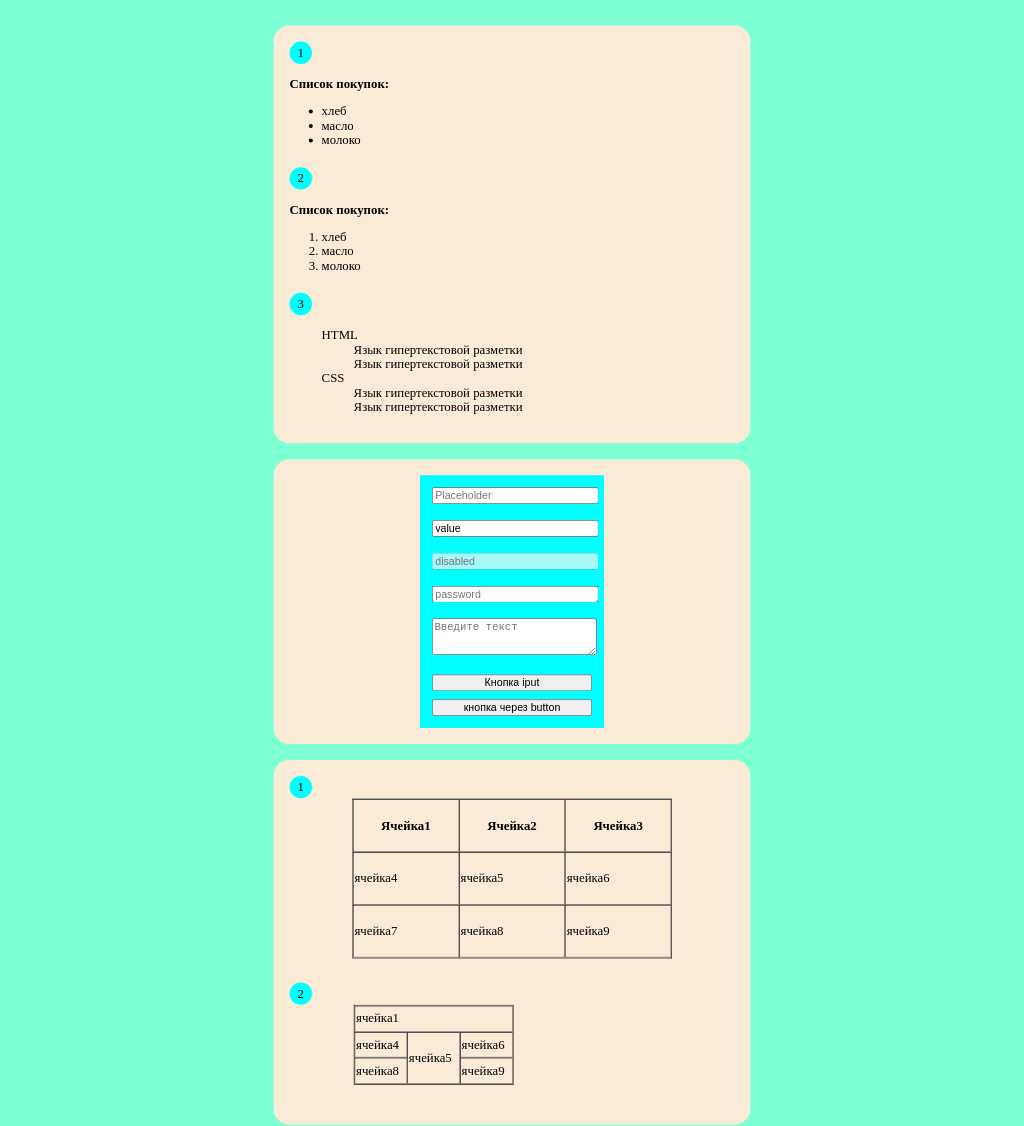
Repository: Savich01/-
Page: html/index.html
These files come from the project's save history. The page is drawn as it stood at one moment and after the next save; the edit follows.
The browser window is 1280 px wide. The pictures show the whole page, at 80% of full size.

Above is the page before, as saved 2024-05-31 16:57:19.

### html/index.html
<!DOCTYPE html>
<html lang="en">
<head>
    <meta charset="UTF-8">
    <meta name="viewport" content="width=device-width, initial-scale=1.0">
    <title>Document</title>
    <link rel="stylesheet" href="/css/style.css">
</head>
<body>

    <header class="header">

    </header>
    <main class="main">
        <div class="container">
            <section class="section-1">
                <div class="block">1</div>
                <p class="text">
                    <b>Список покупок:</b>
                </p>
                <ul class="list">
                    <li>хлеб</li>
                    <li>масло</li>
                    <li>молоко</li>
                </ul>

                <div class="block">2</div>
                <p class="text">
                    <b>Список покупок:</b>
                </p>
                <ol class="list">
                    <li>хлеб</li>
                    <li>масло</li>
                    <li>молоко</li>
                </ol>

                <div class="block">3</div>
                <ul class="main-list--item">
                    <li>HTML
                        <ul>
                            <li class="main-link">Язык гипертекстовой разметки</li>
                            <li class="main-link">Язык гипертекстовой разметки</li>
                        </ul>
                    </li>
                    <li>CSS
                        <ul>
                            <li class="main-link">Язык гипертекстовой разметки</li>
                            <li class="main-link">Язык гипертекстовой разметки</li>
                        </ul>
                    </li>
                </ul>
            </section>

            <section class="section-2">
                <form action="#" class="form">
                    <input class="input" type="text" placeholder="Placeholder">
                    <input class="input" type="text" value="value">
                    <input class="input" type="text" disabled="disabled" placeholder="disabled">
                    <input class="input" type="password" placeholder="password">
                    <textarea class="textarea" placeholder="Введите текст"></textarea>
                    <input class="input-btn" type="button" value="Кнопка iput">
                    <button class="button">кнопка через button</button>
                </form>
            </section>

            <section class="section-3">
                <div class="block">1</div>
                <table class="table" width=400 height=200 border=1 cellpedding=0 cellspacing=0>
                    <tr>
                        <th>Ячейка1</th>
                        <th>Ячейка2</th>
                        <th>Ячейка3</th>
                    </tr>

                    <tr>
                        <td>ячейка4</td>
                        <td>ячейка5</td>
                        <td>ячейка6</td>
                    </tr>
                    <tr>
                        <td>ячейка7</td>
                        <td>ячейка8</td>
                        <td>ячейка9</td>
                    </tr>
                </table>

                <div class="block">2</div>
                <table class="table2" width=200 height=100  border="1" cellpedding=0 cellspacing=0>
                    <tr>
                        <td colspan="3">ячейка1</td>
                        <!-- <td>ячейка2</td> -->
                        <!-- <td>ячейка3</td> -->
                    </tr>
                    <tr>
                        <td>ячейка4</td>
                        <td rowspan="2">ячейка5</td>
                        <td>ячейка6</td>
                    </tr>
                    <tr>
                        <!-- <td>ячейка7</td> -->
                        <td>ячейка8</td>
                        <td>ячейка9</td>
                    </tr>
                </table>
            </section>
        </div>
    </main>
    <footer class="footer">

    </footer>

</body>
</html>

### css/style.css
body{
    max-width: 600px;
    height: 100%;
    margin: 0 auto;
    background-color: aquamarine;
    padding: 0px 10px;
}

.container{
    padding: 2px;
    margin-top: 30px;
}
/* ==========SECTION-1========================== */
.section-1{
    padding: 20px;
    background-color: antiquewhite;
    border-radius: 20px;
    margin-bottom: 20px;
}

.block{
    background-color:aqua;
    display: inline-block;
    padding: 5px 10px;
    border-radius: 100%;
}

.list{
    margin-bottom: 25px;
}
.main-list--item{
    list-style: none;
    /* text-decoration: none; */
}

.main-link{
    list-style: none;
}

/* ==========SECTION-2========================== */

.section-2{
    background-color: antiquewhite;
    border-radius: 20px;
    padding: 20px;
    margin-bottom: 20px;
}

.form{
    margin: 0 auto;
    max-width: 200px;
    padding: 15px;
    background-color: aqua;
}
.input{
    margin: 0 auto;
    width: 100%;
    margin-bottom: 20px;
}
.textarea{
    width: 100%;
    height: 40px;
    margin-bottom: 20px;
}

.input-btn{
    display: block;
    width: 100%;
    margin-bottom: 10px;
    cursor: pointer;
}
.button{
    display: block;
    width: 100%;
    cursor: pointer;
}

/* ==========SECTION-3========================== */

.section-3{
    background-color: antiquewhite;
    border-radius: 20px;
    padding: 20px;
}

.table{
    margin: 0 auto;
    margin-bottom: 30px;
}
.table2{
    margin-left: 80px;
    margin-bottom: 30px;
}

After the next save:
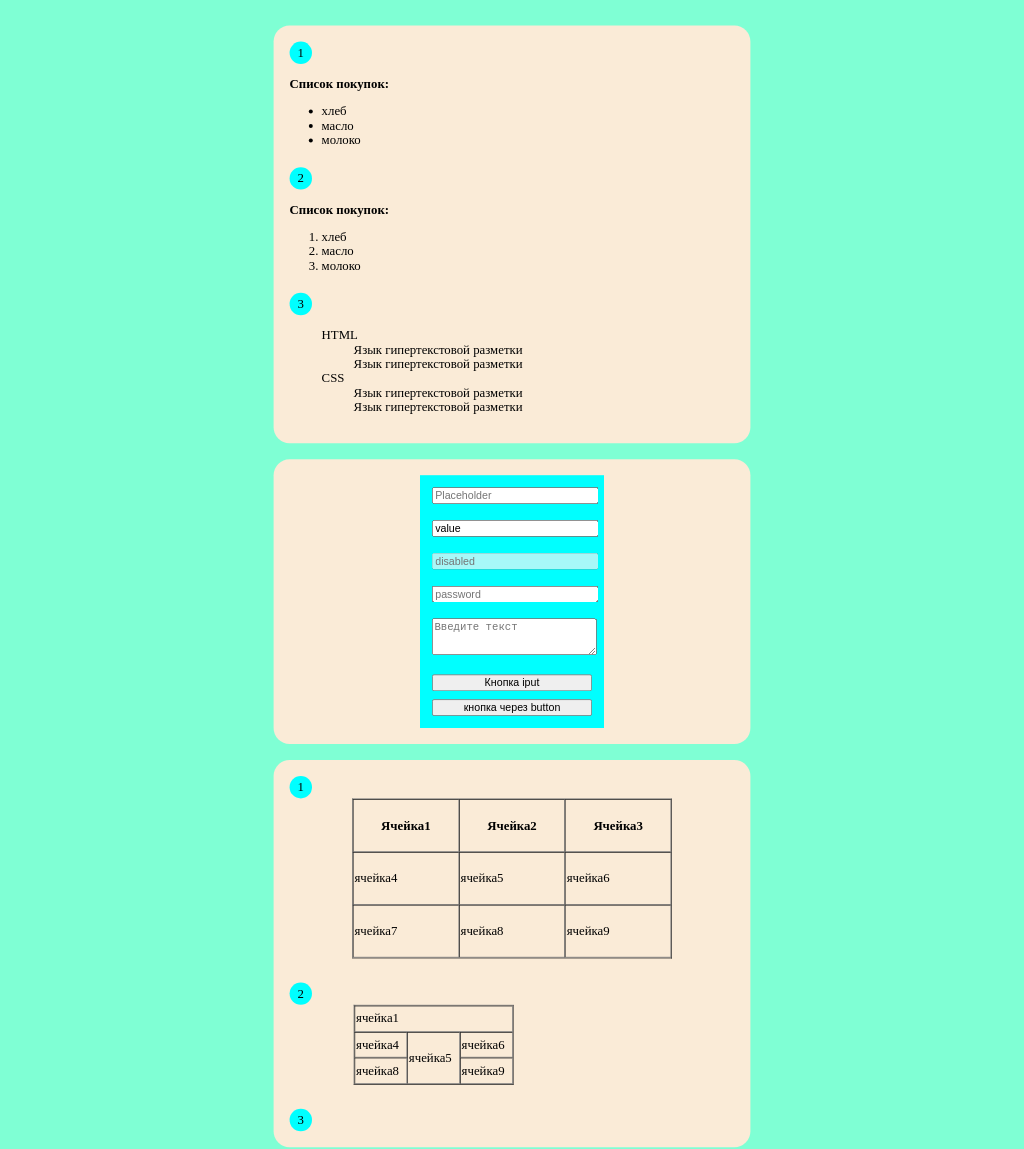
Saved 45 s later.
--- a/html/index.html
+++ b/html/index.html
@@ -102,6 +102,8 @@
                         <td>ячейка9</td>
                     </tr>
                 </table>
+
+                <div class="block">3</div>
             </section>
         </div>
     </main>
